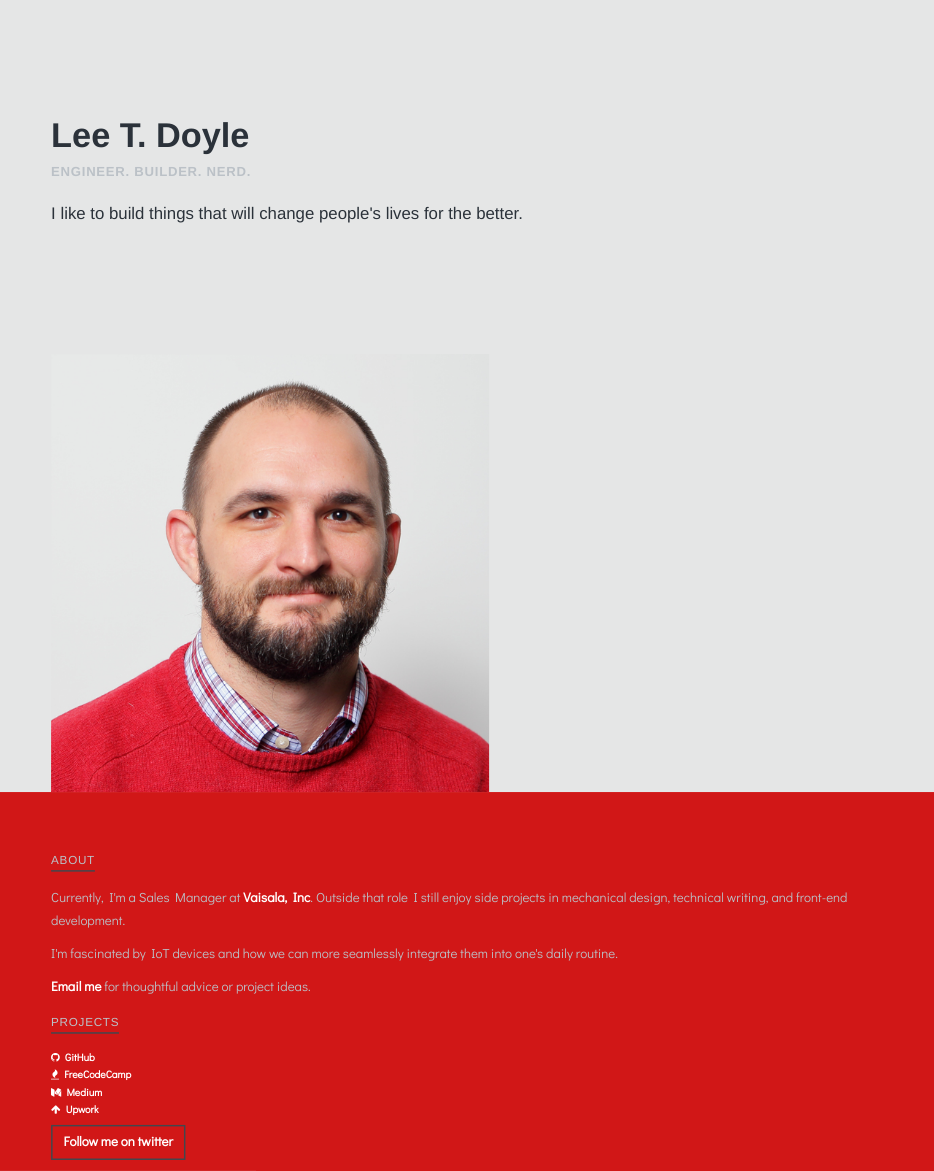
Repository: ldoyle0/ldoyle0.github.io
Page: index.html
The author's editor kept a record of every edit. The page is drawn from the files as they stood at one moment, then again after the next edit.
The browser window is 1280 px wide. The pictures show the whole page, at 73% of full size.
Some web libraries are served in a nearby version.

Above is the page before.

After the next edit:
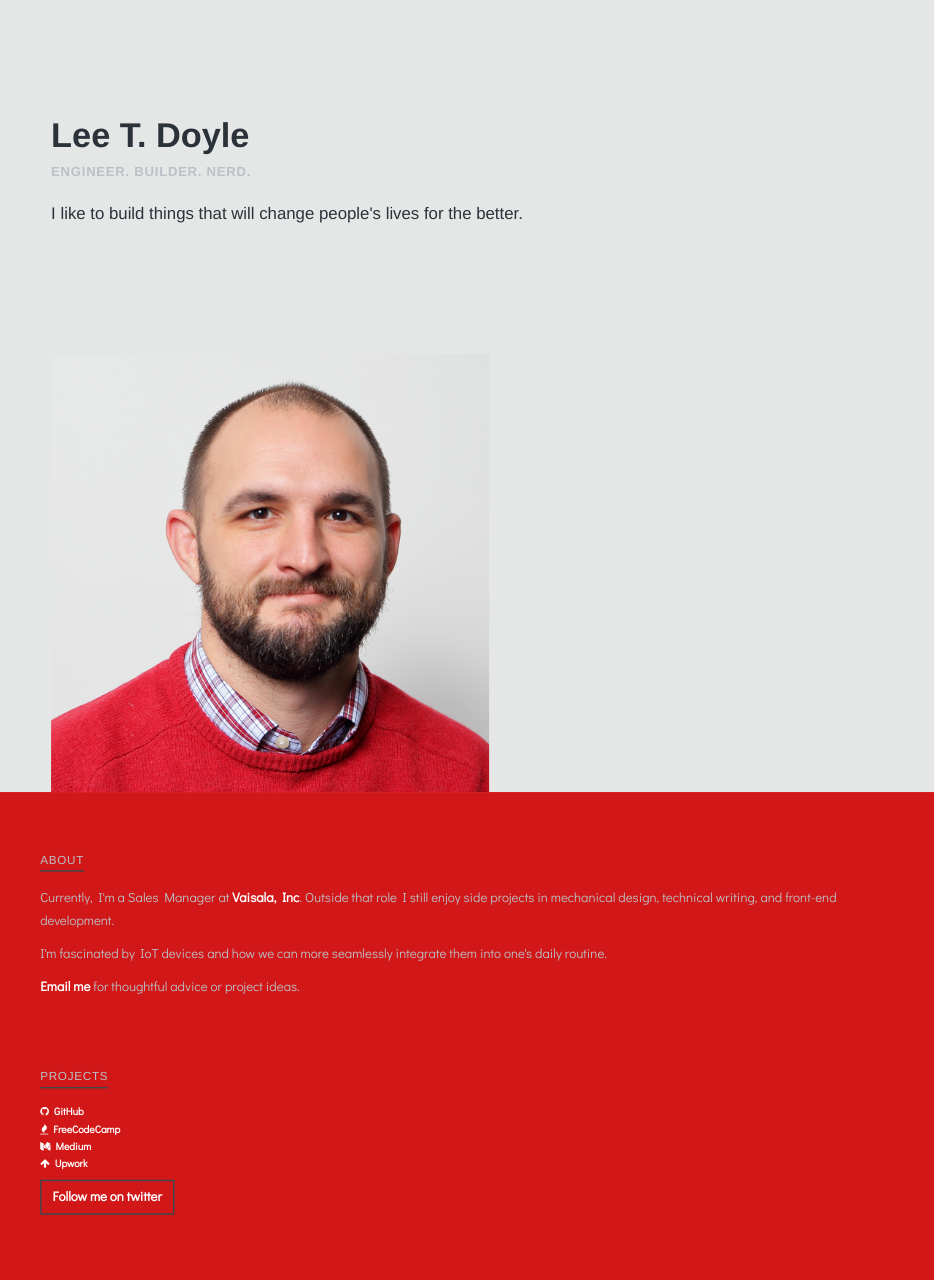
The edit:
--- a/index.html
+++ b/index.html
@@ -40,8 +40,8 @@
     </div>
 
 <footer>
-    <div class="container about offset">
-        <div class="row-fluid">
+    <div class="container">
+        <div class="row">
             <div class="span6">
                 <h4>About</h4>
                 <p>
